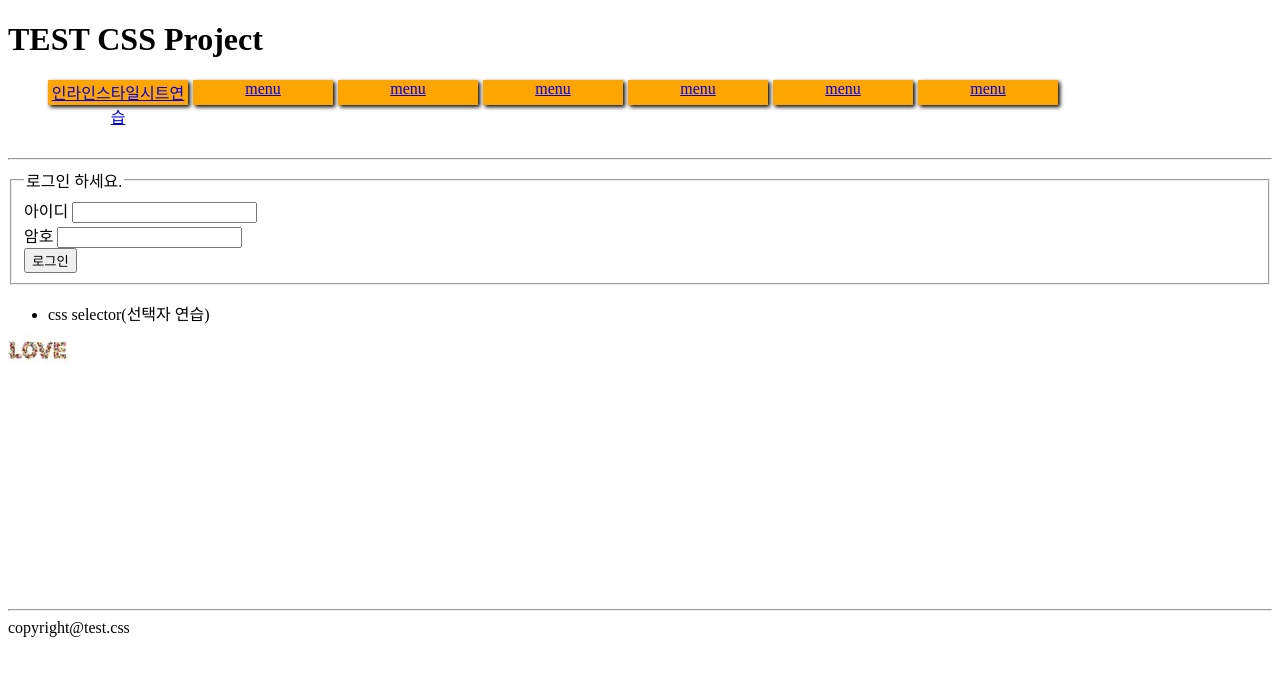
Repository: bianchi112/ict-data
Page: web_workspace/testCSSProject/src/main/webapp/index.html
These files come from the project's save history. The page is drawn as it stood at one moment and after the next save; the edit follows.
The browser window is 1280 px wide. The pictures show the whole page.

Above is the page before, as saved 2024-09-02 03:05:16.

### web_workspace/testCSSProject/src/main/webapp/index.html
<!DOCTYPE html>
<html>
<head>
<meta charset="UTF-8">
<title>Insert title here</title>
<style type="text/css">
/* 전역 스타일 시트 : head 태그 안에 style 태그를 추가하고 문서에  사용된 태그 전체에 대해 css 적용할 때 사용
	태그 선택이 중요함 => css selecotr 사용함
	태그선택자 { css-property: 값; 속성: 값; 숫자단위; }
*/

hr { /* 태그명으로 선택 : 문서 안에 사용된 hr 태그 모두 선택 */
	clear: both; /* float 속성 적용을 해제함 */
}

li.menuitem { /* 태그명.클래스명 : 클래스명이 부여된 태그들을 선택*/
	display: block;
	background-color: orange;
	width: 140px;
	height: 25px;
	margin-right: 5px;
	box-shadow: 2px 2px 4px black;
	text-align: center;
	float: left;
}

header { margin-bottom: 100px;}

section#box { /* 태그명#아이디명 또는 #아이디명 : 해당 아이디명이 부여된 태그를 선택 */
	/* css property 에서 파일을 값으로 적용할 때는 url("상대|절대경로/폴더명/파일명.확장자") 함수 사용함 */
	background-image: url("/testc/resources/images/back.jpg");
	background-repeat: no-repeat;
	width: 500px;
	height:300px;
}
</style>
</head>
<body>
<header>
	<h1>TEST CSS Project</h1>
	<nav>
		<ul>
			<li class="menuitem"><a href="/testc/views/test/inlineStyle.html">인라인스타일시트연습</a></li>
			<li class="menuitem"><a href="#">menu</a></li>
			<li class="menuitem"><a href="#">menu</a></li>
			<li class="menuitem"><a href="#">menu</a></li>
			<li class="menuitem"><a href="#">menu</a></li>
			<li class="menuitem"><a href="#">menu</a></li>
			<li class="menuitem"><a href="#">menu</a></li>
		</ul>
	</nav>
</header>
<hr>
<section>
	<form action="" method="post">
	<fieldset>
	<legend>로그인 하세요.</legend>
		<label for="uid">아이디</label>
		<input type="text" name="userid" id="uid"> <br>
		<label for="upwd">암호</label>
		<input type="password" name="userpwd" id="upwd"> <br>
		<input type="submit" value="로그인">
	</fieldset>
	</form>
</section>
<section id=box>
	<ul>
		<li>css selector(선택자 연습) </li>
	</ul>
</section>
<hr>
<footer>
copyright@test.css
</footer>
</body>
</html>

After the next save:
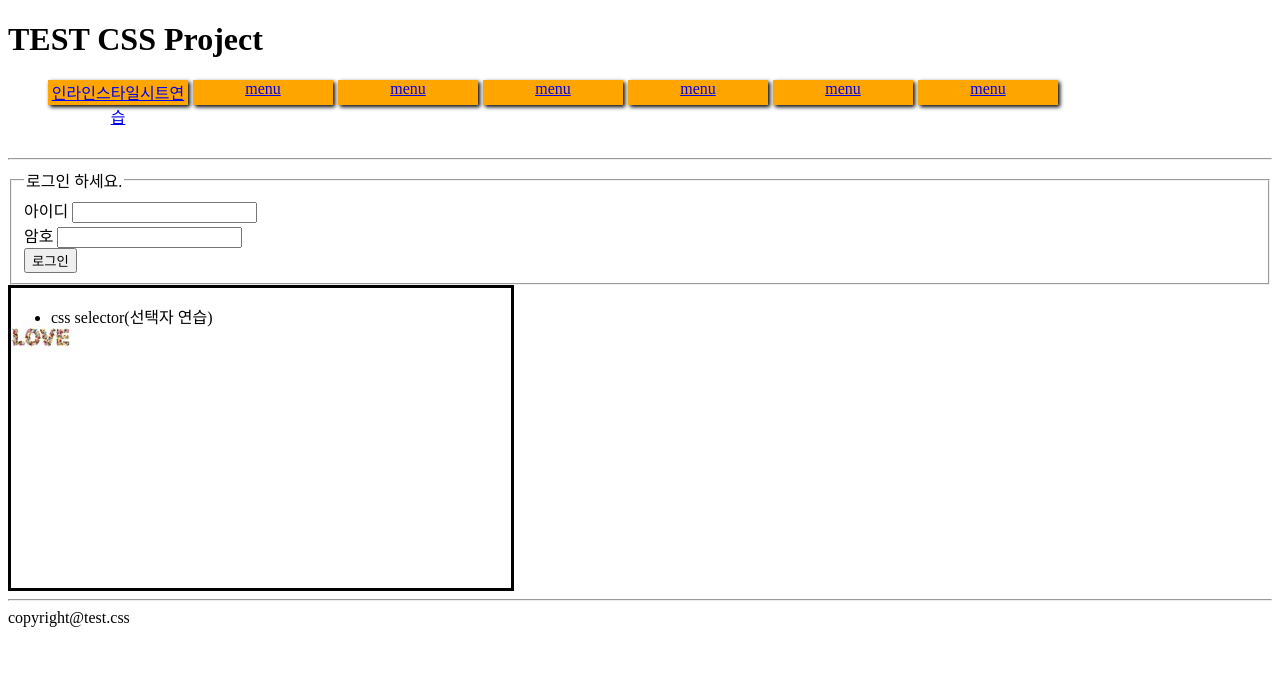
Saved 36 s later.
--- a/web_workspace/testCSSProject/src/main/webapp/index.html
+++ b/web_workspace/testCSSProject/src/main/webapp/index.html
@@ -32,6 +32,7 @@
 	background-repeat: no-repeat;
 	width: 500px;
 	height:300px;
+	border-style: solid;
 }
 </style>
 </head>

After the 3 saves that followed:
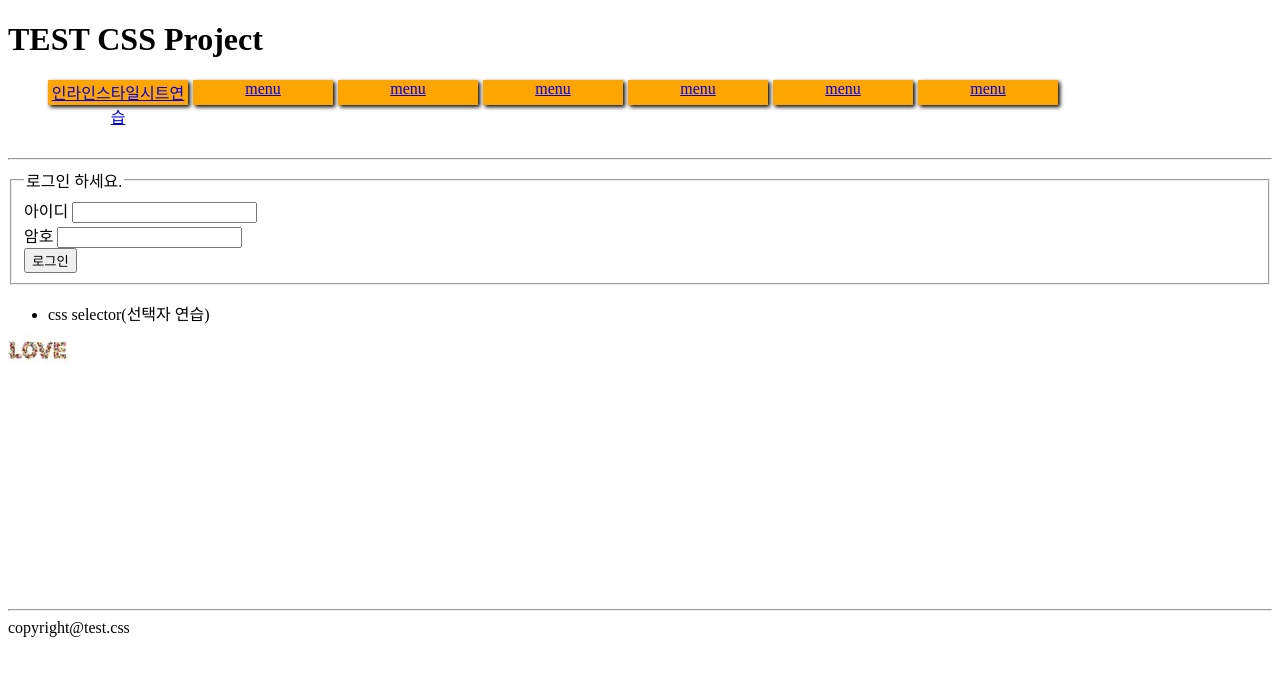
The 3 saves are shown as one change because 2 left the picture as it was.
The last was saved 60 s later.
--- a/web_workspace/testCSSProject/src/main/webapp/index.html
+++ b/web_workspace/testCSSProject/src/main/webapp/index.html
@@ -32,7 +32,9 @@
 	background-repeat: no-repeat;
 	width: 500px;
 	height:300px;
-	border-style: solid;
+	border-style: soli/* d;
+	border-color: black;
+	border-width: 3px; */
 }
 </style>
 </head>
